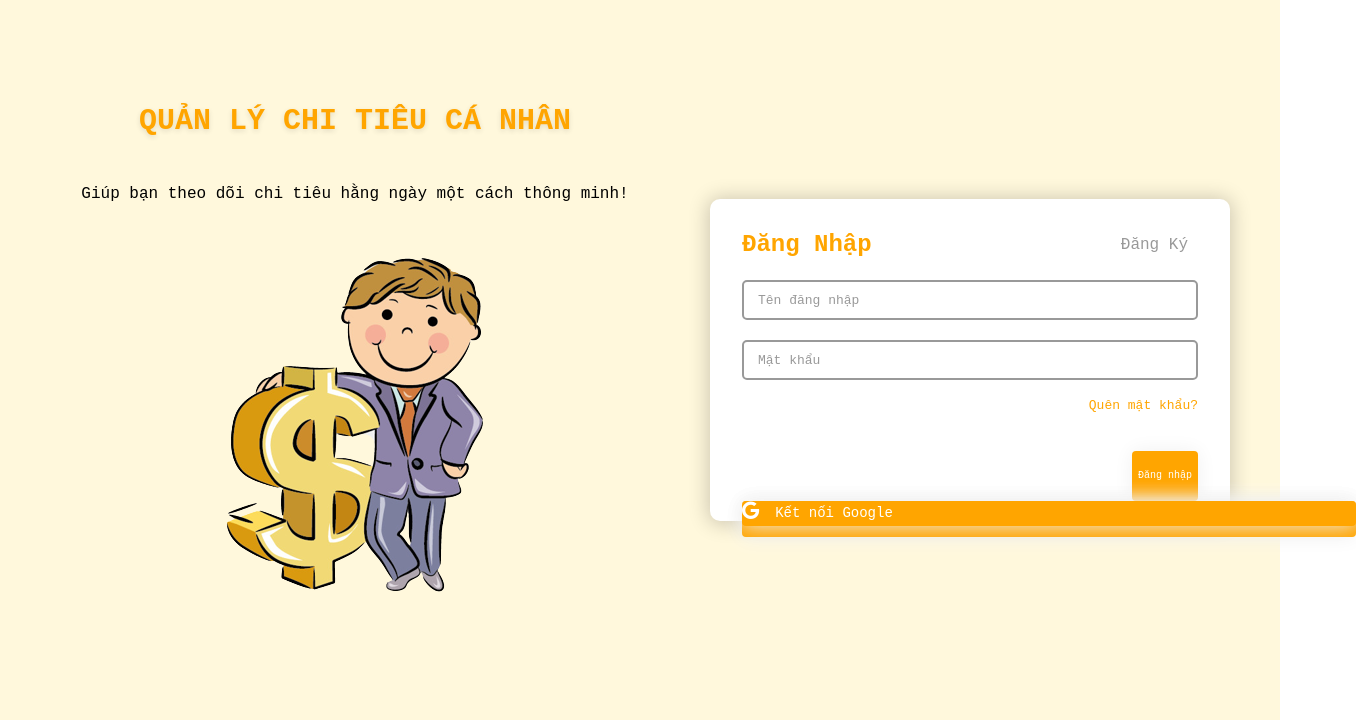
Repository: ximvhs/sochitieu
Page: html/start.html
These files come from the project's save history. The page is drawn as it stood at one moment and after the next save; the edit follows.
The browser window is 1280 px wide. The page is 1356 px wide, so the pictures cover 1356 px, including what lies to the right of the window. The pictures show the whole page.
Some web fonts or font styles are not loaded; a fallback is used.

Above is the page before, as saved 2023-04-06 17:27:08.

### html/start.html
<!DOCTYPE html>
<html lang="en">
<head>
    <meta charset="UTF-8">
    <meta name="viewport" content="width=device-width, initial-scale=1.0">
    <title>Đăng nhập</title>
    <link rel="stylesheet" href="/assets/css/login.css">
    <link rel="stylesheet" href="/assets/css/grid.css">
    <link rel="stylesheet" href="/assets/css/resets.css">
    <link rel="stylesheet" href="/assets/css/responsive.css">
    <link rel="stylesheet" href="/assets/css/base.css">
    <link rel="stylesheet" href="https://fonts.googleapis.com/css2?family=Material+Symbols+Outlined:opsz,wght,FILL,GRAD@20..48,100..700,0..1,-50..200" />
    <link rel="preconnect" href="https://fonts.googleapis.com">
    <link rel="preconnect" href="https://fonts.gstatic.com" crossorigin>
    <link href="https://fonts.googleapis.com/css2?family=Dongle:wght@700&display=swap" rel="stylesheet">
    <link rel="preconnect" href="https://fonts.gstatic.com">
    <link href="https://fonts.googleapis.com/css2?family=Open+Sans:ital,wght@0,400;0,600;0,700;0,800;1,400&display=swap"
    rel="stylesheet">
    <link rel="stylesheet" href="https://cdnjs.cloudflare.com/ajax/libs/font-awesome/6.4.0/css/all.min.css" integrity="sha512-iecdLmaskl7CVkqkXNQ/ZH/XLlvWZOJyj7Yy7tcenmpD1ypASozpmT/E0iPtmFIB46ZmdtAc9eNBvH0H/ZpiBw==" crossorigin="anonymous" referrerpolicy="no-referrer" />
</head>
<body>
    <form action="">
        <div class="modal js-show_login">
                <div class="modal__body">
                    <div class="auth-form--left">
                        <H1>QUẢN LÝ CHI TIÊU CÁ NHÂN</H1>
                        <p>Giúp bạn theo dõi chi tiêu hằng ngày một cách thông minh!</p>
                        <img src="/img/logo-login.png" alt="">
                    </div>
                    <div class="auth-form--right js-auth-form">
                        <div class="auth-form__container">
                            <div class="auth-form__header">
                                <h3 class="auth-form__heading">Đăng Nhập</h3>
                                <span class="auth-form__switch-btn js-register">Đăng Ký</span>
                            </div>

                            <div class="auth-form__form">
                                <div class="auth-form__group">
                                    <input type="text" id="emaillogin" class="auth-form__input" required placeholder=" ">
                                    <div class="form-label">Tên đăng nhập</div>
                                </div>
                                <div class="auth-form__group">
                                    <input type="password" id="passlogin" class="auth-form__input" required placeholder=" ">
                                    <div class="form-label">Mật khẩu</div>
                                </div>
                            </div>

                            <div class="auth-form__aside">
                                <p class="auth-form__policy-text">
                                    <a href="#" class="auth-form__text-link">Quên mật khẩu?</a>
                                </p>
                            </div>

                            <div class="auth-form__controls">
                                <button class="btn__login btn--normal btn--primary" id="btnlogin">Đăng nhập</button>
                            </div>

                            <div class="auth-form__socials">
                                <a href="#" class="auth-form__socials--facebook btn btn--size-s btn--with-icon">
                                    <i class="auth-form__socials-icon fab fa-facebook-square"></i>
                                    <span class="auth-form__socials-text">Kết nối Facebook</span>
                                </a>
                                <a href="#" class="auth-form__socials--google btn btn--size-s btn--with-icon">
                                    <i class="auth-form__socials-icon fab fa-google"></i>
                                    <span class="auth-form__socials-text">Kết nối Google</span>
                                </a>
                            </div>
                        </div>

                    </div>
                </div>
        </div>
    </form>

    <form action="">
        <div class="modal_register js-show_register">
                <div class="modal__body_register">
                     <div class="auth-form js-auth-form">
                        <div class="auth-form__container">
                            <div class="auth-form__header">
                                <h3 class="auth-form__heading">Đăng ký</h3>
                                <i class="fa-solid fa-xmark auth-form__heading--close js-close"></i>
                            </div>

                            <div class="auth-form__form">
                                <div class="auth-form__group">
                                    <input type="text" class="auth-form__input" required placeholder=" ">
                                    <div class="form-label">Họ và tên</div>
                                </div>
                                <div class="auth-form__group">
                                    <input type="date" class="auth-form__input" required placeholder=" ">
                                    <div class="form-label">Ngày sinh nhật</div>
                                </div>
                                <div class="auth-form__group_sex">
                                    <div class="list__sex">
                                        <div class="form-label">Nam</div>
                                        <input type="checkbox" class="auth-form__input-radio" required placeholder=" ">
                                    </div>
                                    <div class="list__sex">
                                        <div class="form-label">Nữ</div>
                                        <input type="checkbox" class="auth-form__input-radio" required placeholder=" ">
                                    </div>
                                </div>
                                <div class="auth-form__group">
                                    <input type="text" class="auth-form__input" required placeholder=" ">
                                    <div class="form-label">Tên đăng nhập</div>
                                </div>
                                <div class="auth-form__group">
                                    <input type="password" class="auth-form__input" required placeholder=" ">
                                    <div class="form-label">Mật khẩu</div>
                                </div>
                                <div class="auth-form__group">
                                    <input type="password" class="auth-form__input" required placeholder=" ">
                                    <div class="form-label">Nhập lại mật khẩu</div>
                                </div>
                            </div>

                            <div class="auth-form__aside">
                                <p class="auth-form__policy-text">
                                    Bằng việc đăng ký, bạn đã đồng ý với chúng tôi về
                                    <a href="#" class="auth-form__text-link">Điều khoản dịch vụ</a> &
                                    <a href="#" class="auth-form__text-link">Chính sách bảo mật</a>
                                </p>
                            </div>
                            <div class="auth-form__controls">
                                <button class="btn btn--normal btn--primary">ĐĂNG KÝ</button>
                            </div>
                        </div>

                    </div>
                </div>
        </div>
    </form>

   <script src="/js/start.js"></script>
</body>

</html>

### assets/css/login.css
.modal {
    background-color: var(--primary-color);
    height: 100vh;
}

.modal__body {
    height: 100vh;
    display: flex;
    justify-content: space-between;
    align-items: center;

}

.auth-form--left {
    height: 100vh;
    display: flex;
    justify-content: center;
    align-items: center;
    flex-direction: column;
    flex: 1;
}

.auth-form--left h1 {
    width: 100%;
    text-align: center;
    padding: 0;
    margin-top: 32px;
    font-size: 30px;
    color: var(--secondary-color);
    text-shadow: 0 2px 5px #33333323;
}

.auth-form--left p {
    width: 100%;
    text-align: center;
    padding: 0;
    margin-top: 32px;
    font-size: 16px;
    /* color: var(--secondary-color);
    text-shadow: 0 2px 5px #33333323; */
}



/* modal */
.itemhd button {
    height: 35px;
    width: 90px;
    margin-left: 10px;
    cursor: pointer;
    background-color: var(--secondary-color);
    border: none;
    border-radius: var(--border-box);
    padding: 5px;
    color: white;
    font-size: 14px;
    font-weight: 700;
}

.itemhd button:hover {
    opacity: 0.8;
}

.auth-form--right {
    margin-right: 50px ;
    width: 520px;
    background-color: white;
    border-radius: 10px;
    overflow: hidden;
    min-width: 40px;
    box-shadow: 0 1px 20px 2px rgb(0 0 0 / 20%);
}

.auth-form__container {
    padding: 12px  32px 20px 32px;
}

.auth-form__header {
    display: flex;
    justify-content: space-between;
    align-items: center;
}

.auth-form__heading {
    font-size: 24px;
    color: var(--secondary-color);
}

.auth-form__switch-btn {
    font-size: 16px;
    padding: 10px;
    color: var(--border-color);
}

.auth-form__switch-btn:hover {
    cursor: pointer;
    opacity: 0.7;
}

.auth-form__form input {
    width: 100%;
    height: 40px;
    padding: 12px;
    margin-bottom: 20px;
    border: solid 2px var(--border-color);
    outline: none;
    transition: all 0.5s ease;
    border-radius: 5px;
}

.auth-form__form input:focus {
    border: solid 2px var(--secondary-color);
}

.auth-form__group {
    position: relative;
}


.auth-form__group .form-label {
    position: absolute;
    font-size: 13px;
    color: var(--border-color);
    top: 35%;
    left: 16px;
    transform: translate(0,-50%);
    pointer-events: none;
    transition: all 0.3s ease;
    z-index: 1;
}

.auth-form__group .auth-form__input:not(:placeholder-shown) +.form-label,
.auth-form__group .auth-form__input:focus +.form-label {
    position: absolute;
    top: 0;
    left: 8px;
    display: inline-block;
    padding: 2px 10px;
    color: var(--secondary-color);
    font-size: 12px;
    z-index: 2;
    background-color: white;
}

.auth-form__text-link {
    text-decoration: none;
    color: var(--secondary-color);
}

.auth-form__text-link:hover {
    opacity: 0.7;
}


.auth-form__controls {
    display: flex;
    justify-content: right;
    height: 50px;
    width: 100%;
}

.auth-form__aside {
    float: right;
    margin: 10px 0 14px 0;
}

.auth-form__aside a:hover {
    color: var(--secondary-color);
    cursor: pointer;
}

.auth-form__policy-text {
    margin: -14px 0 20px 0;
    transition: all 0.3s ease;
}

.auth-form__controls .btn {
    width: 100%;
    height: 38px;
    letter-spacing: 2px;
    font-size: 14px;
    padding: 0 12px;
    border: none;
    border-radius: 3px;
    text-decoration: none;
    display: inline-flex;
    justify-content: center;
    align-items: center;
    cursor: pointer;
}

.auth-form__socials {
    width: 100%;
    display: flex;
    justify-content: space-between;

}

.auth-form__socials--facebook {
    width: 48%;
    height: 36px;
    display: flex;
    justify-content: center;
    align-items: center;
}

.auth-form__socials--google {
    width: 48%;
    display: flex;
    justify-content: center;
    align-items: center;
}

.auth-form__socials-icon {
    font-size: 18px;
    margin-right: 10px;
}

.auth-form__socials-text {
    font-size: 14px;
}

.modal_register {
    position: fixed;
    z-index: 3;
    background-color: rgba(0, 0, 0, 0.5);
    top: 0;
    bottom: 0;
    right: 0;
    left: 0;
    display: none;
    animation: fadeIn linear 0.1s;
    /* display: flex; */
}


.modal__body_register {
    position: relative;
    margin: auto;
}

.auth-form {
    width: 500px;
    background-color: white;
    border-radius: 5px;
    overflow: hidden;
    min-width: 20px;
    box-shadow: 0 0 12px rgb(0 0 0 / 70%);
    animation: Slide ease 0.5s;
}

.auth-form__group_sex {
    display: flex;
    /* justify-content:space-between; */
    align-items: center;
    margin-bottom: 4px ;
}

.auth-form__group_sex .list__sex .auth-form__input-radio {
    height: 20px;
    width: 20px;
    margin-bottom: 12px ;
}

.list__sex {
    display: flex;
    justify-content: center;
    align-items: center;
}

.list__sex:nth-child(1) {
    margin-left: 16px;
}

.list__sex:nth-child(2) {
    margin-left: 50px;
}

.js-show_register.open.modal_register {
    display: flex;
    justify-content: center;
    align-items: center;
    opacity: 1;
}

.auth-form__heading--close {
    font-size: 30px;
    color: var(--secondary-color);
    padding: 5px;
}

.auth-form__heading--close:hover {
    opacity: 0.7;
    cursor: pointer;
}

### assets/css/grid.css
.grid {
    width: 100%;
    display: block;
    padding: 0;
}

.grid.wide {
    max-width: 1200px;
    margin: 0 auto;
}

.row {
    display: flex;
    flex-wrap: wrap;
    margin-left: -4px;
    margin-right: -4px;
}

.row.no-gutters {
    margin-left: 0;
    margin-right: 0;
}

.col {
    padding-left: 4px;
    padding-right: 4px;
}

.row.no-gutters .col {
    padding-left: 0;
    padding-right: 0;
}

.c-0 {
    display: none;
}

.c-1 {
    flex: 0 0 8.33333%;
    max-width: 8.33333%;
}

.c-2 {
    flex: 0 0 16.66667%;
    max-width: 16.66667%;
}

.c-3 {
    flex: 0 0 25%;
    max-width: 25%;
}

.c-4 {
    flex: 0 0 33.33333%;
    max-width: 33.33333%;
}

.c-5 {
    flex: 0 0 41.66667%;
    max-width: 41.66667%;
}

.c-6 {
    flex: 0 0 50%;
    max-width: 50%;
}

.c-7 {
    flex: 0 0 58.33333%;
    max-width: 58.33333%;
}

.c-8 {
    flex: 0 0 66.66667%;
    max-width: 66.66667%;
}

.c-9 {
    flex: 0 0 75%;
    max-width: 75%;
}

.c-10 {
    flex: 0 0 83.33333%;
    max-width: 83.33333%;
}

.c-11 {
    flex: 0 0 91.66667%;
    max-width: 91.66667%;
}

.c-12 {
    flex: 0 0 100%;
    max-width: 100%;
}

.c-o-1 {
    margin-left: 8.33333%;
}

.c-o-2 {
    margin-left: 16.66667%;
}

.c-o-3 {
    margin-left: 25%;
}

.c-o-4 {
    margin-left: 33.33333%;
}

.c-o-5 {
    margin-left: 41.66667%;
}

.c-o-6 {
    margin-left: 50%;
}

.c-o-7 {
    margin-left: 58.33333%;
}

.c-o-8 {
    margin-left: 66.66667%;
}

.c-o-9 {
    margin-left: 75%;
}

.c-o-10 {
    margin-left: 83.33333%;
}

.c-o-11 {
    margin-left: 91.66667%;
}

/* >= Tablet */
@media (min-width: 740px) {
    .row {
        margin-left: -8px;
        margin-right: -8px;
    }

    .col {
        padding-left: 8px;
        padding-right: 8px;
    }

    .m-0 {
        display: none;
    }

    .m-1,
    .m-2,
    .m-3,
    .m-4,
    .m-5,
    .m-6,
    .m-7,
    .m-8,
    .m-9,
    .m-10,
    .m-11,
    .m-12 {
        display: block;
    }

    .m-1 {
        flex: 0 0 8.33333%;
        max-width: 8.33333%;
    }

    .m-2 {
        flex: 0 0 16.66667%;
        max-width: 16.66667%;
    }

    .m-3 {
        flex: 0 0 25%;
        max-width: 25%;
    }

    .m-4 {
        flex: 0 0 33.33333%;
        max-width: 33.33333%;
    }

    .m-5 {
        flex: 0 0 41.66667%;
        max-width: 41.66667%;
    }

    .m-6 {
        flex: 0 0 50%;
        max-width: 50%;
    }

    .m-7 {
        flex: 0 0 58.33333%;
        max-width: 58.33333%;
    }

    .m-8 {
        flex: 0 0 66.66667%;
        max-width: 66.66667%;
    }

    .m-9 {
        flex: 0 0 75%;
        max-width: 75%;
    }

    .m-10 {
        flex: 0 0 83.33333%;
        max-width: 83.33333%;
    }

    .m-11 {
        flex: 0 0 91.66667%;
        max-width: 91.66667%;
    }

    .m-12 {
        flex: 0 0 100%;
        max-width: 100%;
    }

    .m-o-1 {
        margin-left: 8.33333%;
    }

    .m-o-2 {
        margin-left: 16.66667%;
    }

    .m-o-3 {
        margin-left: 25%;
    }

    .m-o-4 {
        margin-left: 33.33333%;
    }

    .m-o-5 {
        margin-left: 41.66667%;
    }

    .m-o-6 {
        margin-left: 50%;
    }

    .m-o-7 {
        margin-left: 58.33333%;
    }

    .m-o-8 {
        margin-left: 66.66667%;
    }

    .m-o-9 {
        margin-left: 75%;
    }

    .m-o-10 {
        margin-left: 83.33333%;
    }

    .m-o-11 {
        margin-left: 91.66667%;
    }
}

/* PC medium resolution > */
@media (min-width: 1113px) {
    .row {
        margin-left: -12px;
        margin-right: -12px;
    }

    .row.sm-gutter {
        margin-left: -5px;
        margin-right: -5px;
    }

    .col {
        padding-left: 12px;
        padding-right: 12px;
    }

    .row.sm-gutter .col {
        padding-left: 5px;
        padding-right: 5px;
    }

    .l-0 {
        display: none;
    }

    .l-1,
    .l-2,
    .l-2-4,
    .l-3,
    .l-4,
    .l-5,
    .l-6,
    .l-7,
    .l-8,
    .l-9,
    .l-10,
    .l-11,
    .l-12 {
        display: block;
    }

    .l-1 {
        flex: 0 0 8.33333%;
        max-width: 8.33333%;
    }

    .l-2 {
        flex: 0 0 16.66667%;
        max-width: 16.66667%;
    }

    .l-2-4 {
        flex: 0 0 20%;
        max-width: 20%;
    }

    .l-3 {
        flex: 0 0 25%;
        max-width: 25%;
    }

    .l-4 {
        flex: 0 0 33.33333%;
        max-width: 33.33333%;
    }

    .l-5 {
        flex: 0 0 41.66667%;
        max-width: 41.66667%;
    }

    .l-6 {
        flex: 0 0 50%;
        max-width: 50%;
    }

    .l-7 {
        flex: 0 0 58.33333%;
        max-width: 58.33333%;
    }

    .l-8 {
        flex: 0 0 66.66667%;
        max-width: 66.66667%;
    }

    .l-9 {
        flex: 0 0 75%;
        max-width: 75%;
    }

    .l-10 {
        flex: 0 0 83.33333%;
        max-width: 83.33333%;
    }

    .l-11 {
        flex: 0 0 91.66667%;
        max-width: 91.66667%;
    }

    .l-12 {
        flex: 0 0 100%;
        max-width: 100%;
    }

    .l-o-1 {
        margin-left: 8.33333%;
    }

    .l-o-2 {
        margin-left: 16.66667%;
    }

    .l-o-3 {
        margin-left: 25%;
    }

    .l-o-4 {
        margin-left: 33.33333%;
    }

    .l-o-5 {
        margin-left: 41.66667%;
    }

    .l-o-6 {
        margin-left: 50%;
    }

    .l-o-7 {
        margin-left: 58.33333%;
    }

    .l-o-8 {
        margin-left: 66.66667%;
    }

    .l-o-9 {
        margin-left: 75%;
    }

    .l-o-10 {
        margin-left: 83.33333%;
    }

    .l-o-11 {
        margin-left: 91.66667%;
    }
}

/* Tablet - PC low resolution */
@media (min-width: 740px) and (max-width: 1023px) {
    .wide {
        width: 644px;
    }
}

/* > PC low resolution */
@media (min-width: 1024px) and (max-width: 1239px) {
    .wide {
        width: 984px;
    }

    .wide .row {
        margin-left: -12px;
        margin-right: -12px;
    }

    .wide .row.sm-gutter {
        margin-left: -5px;
        margin-right: -5px;
    }

    .wide .col {
        padding-left: 12px;
        padding-right: 12px;
    }

    .wide .row.sm-gutter .col {
        padding-left: 5px;
        padding-right: 5px;
    }

    .wide .l-0 {
        display: none;
    }

    .wide .l-1,
    .wide .l-2,
    .wide .l-2-4,
    .wide .l-3,
    .wide .l-4,
    .wide .l-5,
    .wide .l-6,
    .wide .l-7,
    .wide .l-8,
    .wide .l-9,
    .wide .l-10,
    .wide .l-11,
    .wide .l-12 {
        display: block;
    }

    .wide .l-1 {
        flex: 0 0 8.33333%;
        max-width: 8.33333%;
    }

    .wide .l-2 {
        flex: 0 0 16.66667%;
        max-width: 16.66667%;
    }

    .wide .l-2-4 {
        flex: 0 0 20%;
        max-width: 20%;
    }

    .wide .l-3 {
        flex: 0 0 25%;
        max-width: 25%;
    }

    .wide .l-4 {
        flex: 0 0 33.33333%;
        max-width: 33.33333%;
    }

    .wide .l-5 {
        flex: 0 0 41.66667%;
        max-width: 41.66667%;
    }

    .wide .l-6 {
        flex: 0 0 50%;
        max-width: 50%;
    }

    .wide .l-7 {
        flex: 0 0 58.33333%;
        max-width: 58.33333%;
    }

    .wide .l-8 {
        flex: 0 0 66.66667%;
        max-width: 66.66667%;
    }

    .wide .l-9 {
        flex: 0 0 75%;
        max-width: 75%;
    }

    .wide .l-10 {
        flex: 0 0 83.33333%;
        max-width: 83.33333%;
    }

    .wide .l-11 {
        flex: 0 0 91.66667%;
        max-width: 91.66667%;
    }

    .wide .l-12 {
        flex: 0 0 100%;
        max-width: 100%;
    }

    .wide .l-o-1 {
        margin-left: 8.33333%;
    }

    .wide .l-o-2 {
        margin-left: 16.66667%;
    }

    .wide .l-o-3 {
        margin-left: 25%;
    }

    .wide .l-o-4 {
        margin-left: 33.33333%;
    }

    .wide .l-o-5 {
        margin-left: 41.66667%;
    }

    .wide .l-o-6 {
        margin-left: 50%;
    }

    .wide .l-o-7 {
        margin-left: 58.33333%;
    }

    .wide .l-o-8 {
        margin-left: 66.66667%;
    }

    .wide .l-o-9 {
        margin-left: 75%;
    }

    .wide .l-o-10 {
        margin-left: 83.33333%;
    }

    .wide .l-o-11 {
        margin-left: 91.66667%;
    }
}

### assets/css/base.css
:root {
    --primary-color:cornsilk;
    --secondary-color:orange;
    --opacity-color:#f0f0f0;
    --white-color: white;
    --border-color:#999;


    --border-box: 5px;
    --size-text: 16px;
    --size-title: 20px;
}

*{
    font-family: monospace;
    box-sizing: inherit;
    box-sizing: border-box;


}

html {
    line-height: 1.6rem;
    box-sizing: border-box;
    scroll-behavior: smooth;
}

body {
    margin: 0;
}

a {
    color: var(--text-color);
    text-decoration: none;
}

ul {
    padding-left: 0;
}

i {
    display: block;
}

li {
    list-style: none;
}

.btn {
    position: absolute;
    display: inline-block;
    background-color: var(--secondary-color);
    background-size: 200% auto;
    color: var(--white-color);
    box-shadow: 0 0 20px var(--opacity-color);
    font-size: 10px;
    border: none;
    outline: none;
    cursor: pointer;
    border-radius: 4px;
    transition: all 0.2s ease-in;
}

.btn__login {
    /* position: absolute;
    display: inline-block; */
    background-color: var(--secondary-color);
    background-size: 200% auto;
    color: var(--white-color);
    box-shadow: 0 0 20px var(--opacity-color);
    font-size: 10px;
    border: none;
    outline: none;
    cursor: pointer;
    border-radius: 4px;
    transition: all 0.2s ease-in;
}


.btn:hover {
    background-position: right center;
    opacity: 0.8;
    text-decoration: none;
}


/* animation */
@keyframes Slide {
    from {
        opacity: 0;
        transform: translateY(-150px);
    }
    to {
        opacity: 1;
        transform: translateY(0);
    }
}

### js/start.js
const regBtns = document.querySelectorAll('.js-register')
const modal = document.querySelector('.js-show_register')
function showModal() {
    modal.classList.add('open')
    modal1.classList.remove('open')
}
for (const regBtn of regBtns) {
    regBtn.addEventListener('click', showModal)
}





// close register
const closeBtn = document.querySelector('.js-close')
function hideBtn(){
    modal.classList.remove('open')
}
closeBtn.addEventListener('click', hideBtn)


// close when click outward
const authForms = document.querySelectorAll('.js-auth-form')
modal.addEventListener('click', hideBtn)
for (const authForm of authForms ) {
    authForm.addEventListener('click', function (event) {
        event.stopPropagation()
    })
}

const tk=document.getElementById("emaillogin")
const btnLogin=document.querySelector('#btnlogin')
const mk=document.getElementById("passlogin")
btnLogin.addEventListener('click',function(){
    if(tk.value=="ximvhs26092002@gmail.com"){
        if(mk.value=="e"){
            windows.location.href="/html/index.html"
            // window.location.href="https://www.facebook.com/ximvhs"
        }
    } else{
        alert('Tài khoản hoặc mặt khẩu của bạn bị sai')
    }
})

Loaded but not shown: assets/css/resets.css (no stored copy; drawn as an empty file); assets/css/responsive.css (no stored copy; drawn as an empty file)

After the next save:
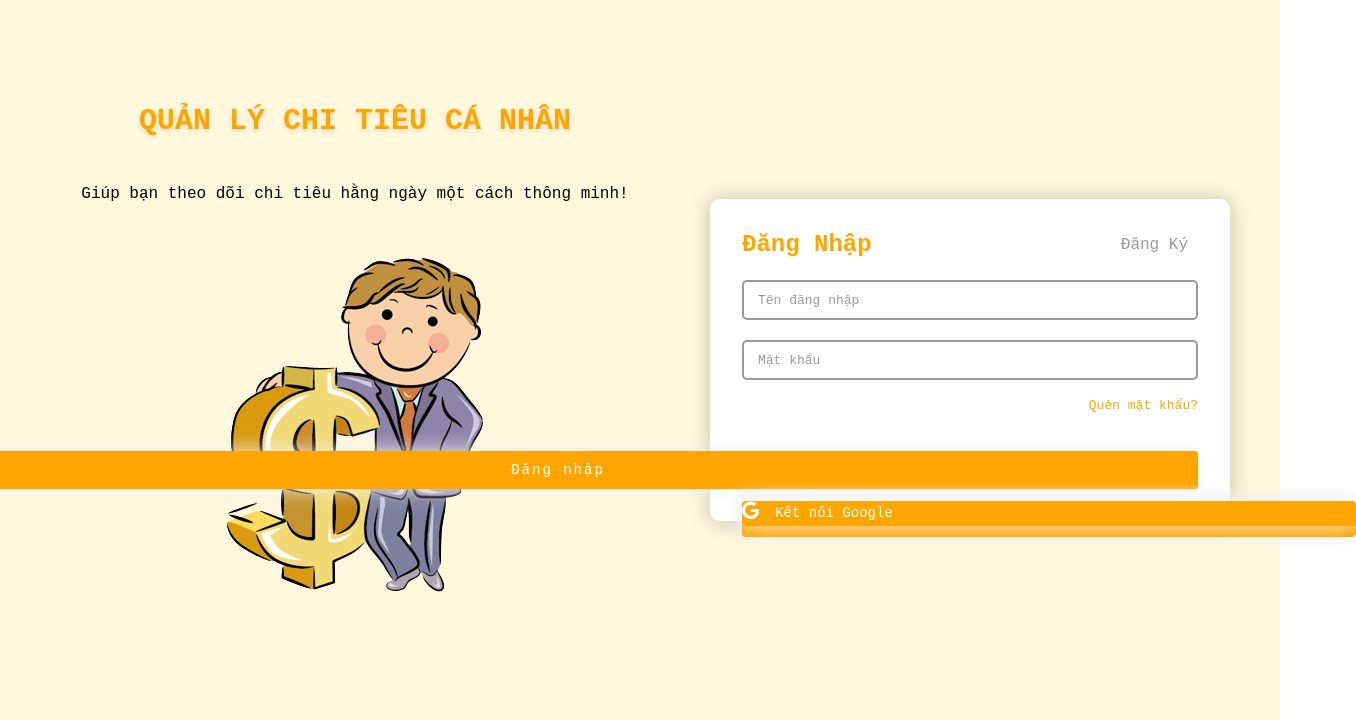
Saved 4 s later.
--- a/html/start.html
+++ b/html/start.html
@@ -52,7 +52,7 @@
                             </div>
 
                             <div class="auth-form__controls">
-                                <button class="btn__login btn--normal btn--primary" id="btnlogin">Đăng nhập</button>
+                                <button class="btn btn--normal btn--primary" id="btnlogin">Đăng nhập</button>
                             </div>
 
                             <div class="auth-form__socials">
